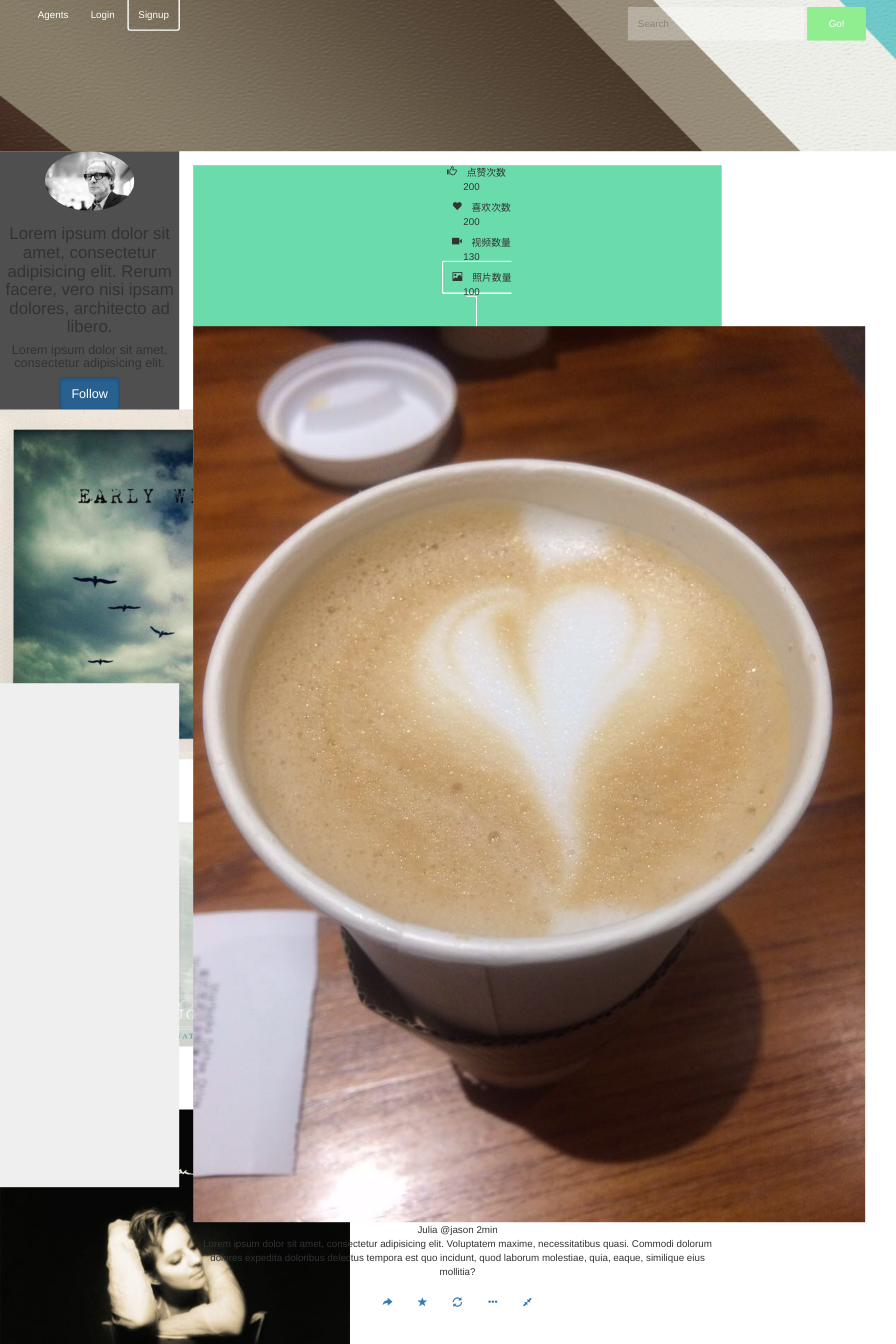
Repository: JasonBour/Beautypedia
Page: http://localhost/profile.php
An editor plug-in stored every save of this project. The page is shown before and after a run of saves, followed by the edit.
The browser window is 1280 px wide. The pictures show the part of the page from y = 0 to 1920 px (the page is 4585 px tall), at 70% of full size.
The page is run by PHP 8.4 with error messages shown; the project is at /var/www/html/.

Above is the page before, as saved 2015-09-16 10:31:11.

### Beautypedia/profile.php
<?php



?>

<html>

<head>
<!-- personal page-->
<title></title>
<meta charset="utf-8">
<link rel="stylesheet" type="text/css" href="./css/profile.css">
 <link rel="stylesheet" type="text/css" href="./css/bootstrap.min.css">
</head>

<body >
<div class="head" style="background: url('images/image_head.png');">
<section style="display:inline;float:left;">
  <header>
   <ul style="color: white">
    <li  class="header" style="list-style-type: none;display:inline;">Agents</li>
    <li class="header" style="list-style-type: none;display:inline;">Login</li>
    <li class="header" style="list-style-type: none;display:inline;">Signup</li>
   </ul>
  </header>


</section>


<form action="" style="display:inline;float:left;"><input type="text" placeholder="Search" class="search">
<input type="button" class="go" value="Go!" style="color: white">
</form>

</div>


<div class="left-profile">

<img alt="" src="./images/head.jpg" class="img-circle head" style="width: 50%;height: auto"><!-- headimage circle -->


<!-- text here -->
<h3>Lorem ipsum dolor sit amet, consectetur adipisicing elit. Rerum facere, vero nisi ipsam dolores, architecto ad libero.  </h3>
<h4>Lorem ipsum dolor sit amet, consectetur adipisicing elit.</h4>

<a href="#" class="btn btn-primary btn-lg active follow" role="button">Follow</a>

<div class="image-display">
	<p class="image_contain">
		<img src="images/808141046465970.jpg_500x500xundefined.jpg" class="image-display">
	     <img src="images/1274333976681636.jpg_500x500xundefined.jpg" class="image-display">
	     <img src="images/2540971371971260.jpg_500x500xundefined.jpg" class="image-display">
	</p>
    <p class="image_contain">
    	<img src="images/3234763209241135.jpg_500x500xundefined.jpg" class="image-display">
    	<img src="images/6619063297746674624.jpg" class="image-display">
    	<img src="images/6630305804141019376.jpg" class="image-display">
    </p>
    <p class="image_contain">
    	<img src="images/6630309102676568298.jpg" class="image-display">
    	<img src="images/6630750006839844164.jpg" class="image-display">
    	<img src="images/jason.jpg" class="image-display">
    </p>
</div>



</div>


<div class="center-news">

<div class="head-info">
<section class="number">
	<ul>
		<li class="item">
			<span class="glyphicon glyphicon-thumbs-up" aria-hidden="true" >
             <font style="font-family:'Open Sans', Helvetica, Arial, sans-serif;">点赞次数</font>
             </span>
             <p>
             	200
             </p>

		</li>


		 <li class="item">
		 	<span class="glyphicon glyphicon-heart" aria-hidden="true" >
             <font style="font-family:'Open Sans', Helvetica, Arial, sans-serif;">喜欢次数</font>
             </span>
             <p>
             	200
             </p>
		 </li >

        <li class="item">
		 	<span class="glyphicon glyphicon-facetime-video" aria-hidden="true" >
             <font style="font-family:'Open Sans', Helvetica, Arial, sans-serif;">视频数量</font>
             </span>
             <p>
             	130
             </p>
		 </li >

		  <li class="item">
		 	<span class="glyphicon glyphicon-picture" aria-hidden="true" >
             <font style="font-family:'Open Sans', Helvetica, Arial, sans-serif;">照片数量</font>
             </span>
             <p>
             	100
             </p>
		 </li >




	</ul>
</section>


</div> <!-- this is the lastest news number for users  -->
<div class="divide">

</div>
<div class="real-content">

<article class="post">
	<img src="images/avator.jpg" class="avator">
    <section class="content">
     <header class="span">
     	<span class="name">Julia</span>
        <span class="account">@jason </span>
        <span class="time"> 2min</span>
     </header>
     <p class="tweet">Lorem ipsum dolor sit amet, consectetur adipisicing elit. Voluptatem maxime, necessitatibus quasi. Commodi dolorum dolores expedita doloribus delectus tempora est quo incidunt, quod laborum molestiae, quia, eaque, similique eius mollitia?</p>
  <footer>
  	<nav>
  		<a href="" class="icon"><li class="glyphicon glyphicon-share-alt"></li></a>
        <a href="" class="icon"><li class="glyphicon glyphicon-star"> </li></a>
        <a href="" class="icon"><li class="glyphicon glyphicon-refresh"></li></a>
  	    <a href="" class="icon"><li class="glyphicon glyphicon-option-horizontal"></li></a>
  	    <a href="" class="icon"><li class="glyphicon glyphicon-resize-small"></li></a>
  	</nav>

  </footer>

    </section>
</article>



</div>
</div>


<div class="news"></div>


</body>

</html>

### Beautypedia/css/profile.css
@CHARSET "UTF-8";
body{
	font-family:lucida console, sans-serif;
	font-size:52.5%;
	text-align:center;

}


div.head{
	padding-top:10px;
	height:30%;
	width:100%;
    float:left;

}

form{
    margin-left:50%;
	padding:2em 0 43m 0;

}
input.search{
	padding:1em;
	border:0;
	width:18em;
	border-radius:2px 0 0 2px;
	opacity:.3;
}
input.go{

	padding:1em;
	border:0;
	width:6em;
	border-radius:0 2px  2px 0 ;
	background-color:lightgreen;
}



div.left-profile{
  float:left;
	display:inline;
	width:20%;
   background-color:#4f4f4f;
	height:100%;
}

div.center-news{
	margin:20px 20px 20px;
	float:left;
    display:inline;
    width:59%;
    background-color:#6adcac;
	height:100%;
}

div.news{
	float:left;
  width:20%;
	height:100%;
	background-color:#efefef;
}



header{
	ul{
	float:left;

     }




}
li{
      display:inline;!unless
	  float:left;!unless
	  margin:0.5em 1em;
	  padding:1em;

      }

 li:last-child{
	border: 2px solid #FFFFFF;
 	border-radius:4px 4px 4px 4px;
 }

h3{
	font-size:2em;
}

Loaded but not shown: Beautypedia/css/bootstrap.min.css (library)

After the next 2 saves:
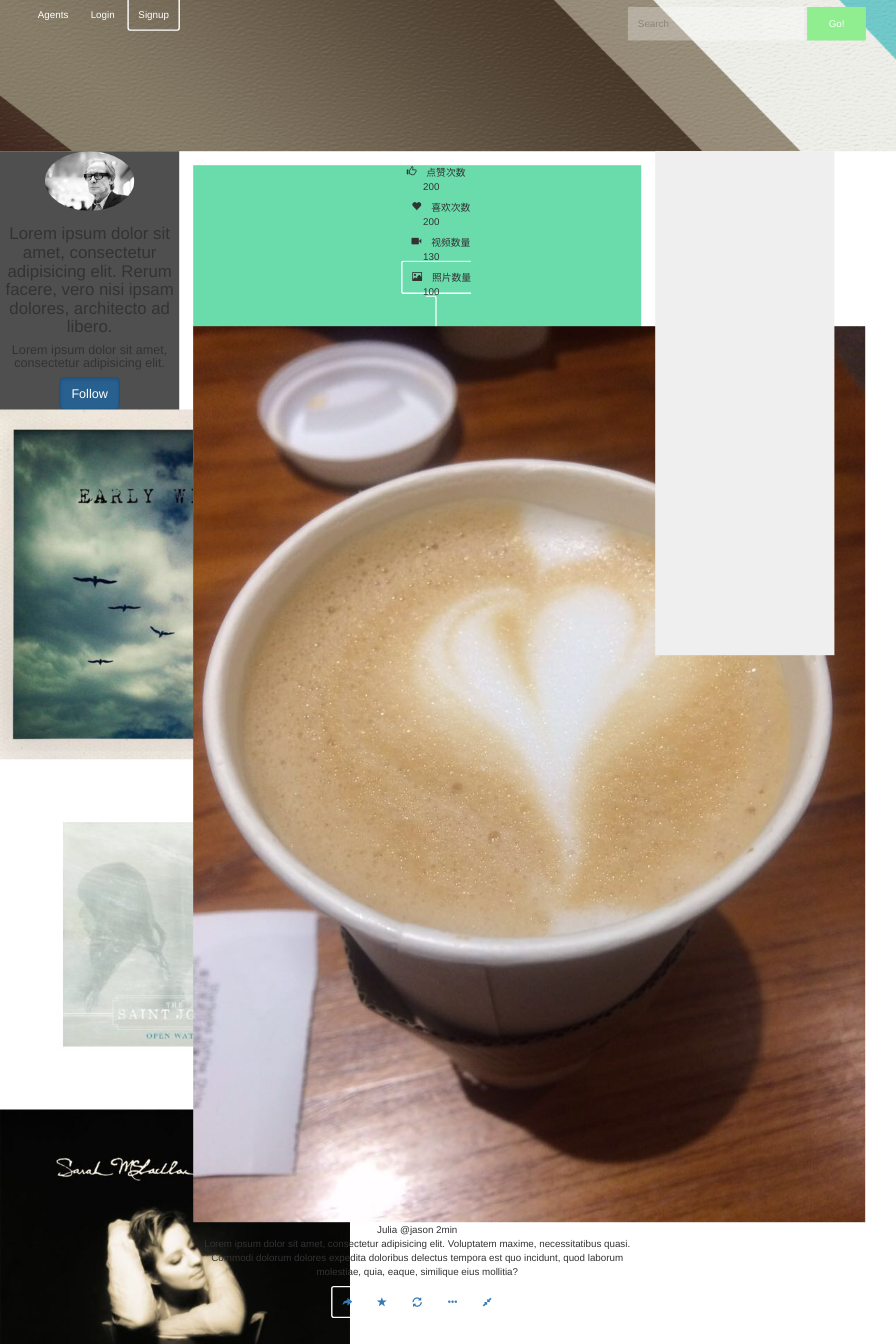
The 2 saves are shown as one change because they came seconds apart.
The last was saved 15 s later.
--- a/Beautypedia/css/profile.css
+++ b/Beautypedia/css/profile.css
@@ -50,7 +50,7 @@ div.center-news{
 	margin:20px 20px 20px;
 	float:left;
     display:inline;
-    width:59%;
+    width:50%;
     background-color:#6adcac;
 	height:100%;
 }
